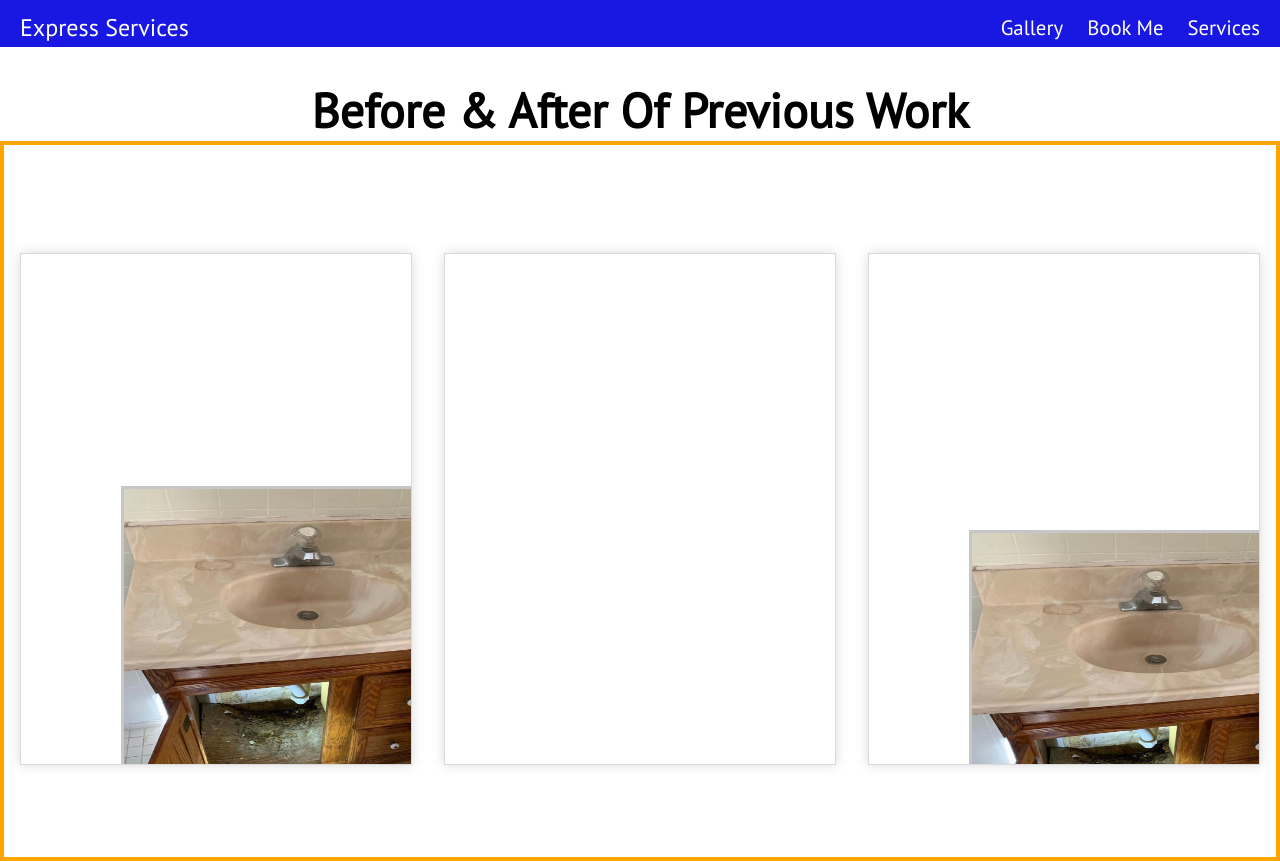
Repository: DrummerDee/mir-miami
Page: /Gallery (app in mr-miami/)
The author's editor kept a copy of each file at every save. The page is drawn from the files as they stood at one save, then again after the next save.
The browser window is 1280 px wide. The pictures show the whole page.
The project was rebuilt for these pictures with package versions that can differ from the ones it lists, and the page was loaded fresh each time. Also part of the build but not shown: mr-miami/src/Components/Services.js, mr-miami/src/Components/Homepage.js, mr-miami/src/Styles/Calendar.css, mr-miami/src/Components/Times.js, mr-miami/src/Components/Time.js, mr-miami/src/Components/BookMe.js.

Above is the page before, as saved 2022-09-09 13:35:07.

After the next save:
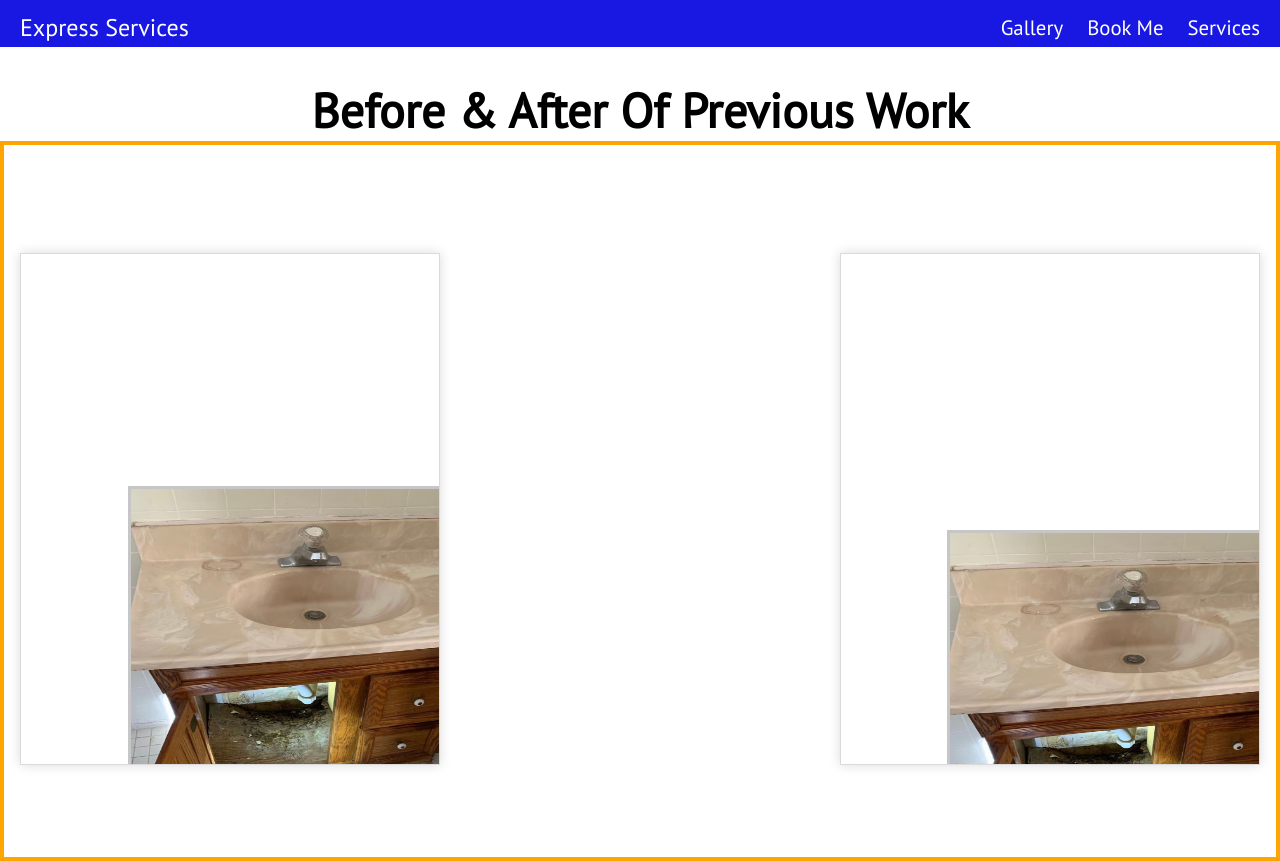
Saved 10 s later.
--- a/mr-miami/src/Components/Gallery.js
+++ b/mr-miami/src/Components/Gallery.js
@@ -73,7 +73,7 @@ function Gallery() {
                 /> */}
             </div>
             </div>
-            <div className="container">
+            <div className="containers">
                         <div className='frame'>
                             {/* <LazyLoadImage
                                 src={sinkbefore}
